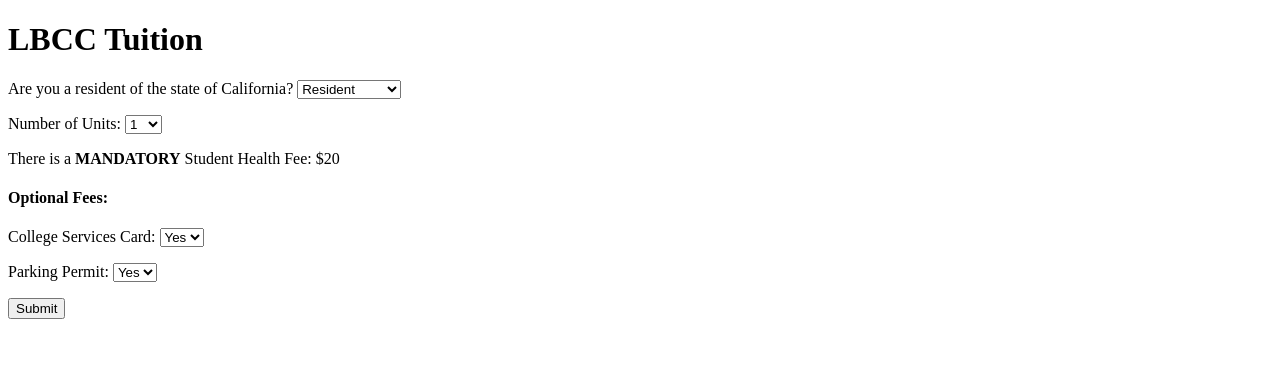
Repository: sunkim96/cosw30
Page: homework/homework3/tuition_calculator.html
The author's editor kept a record of every edit. The page is drawn from the files as they stood at one moment, then again after the next edit.
The browser window is 1280 px wide. The pictures show the whole page.

Above is the page before.

After the next edit:
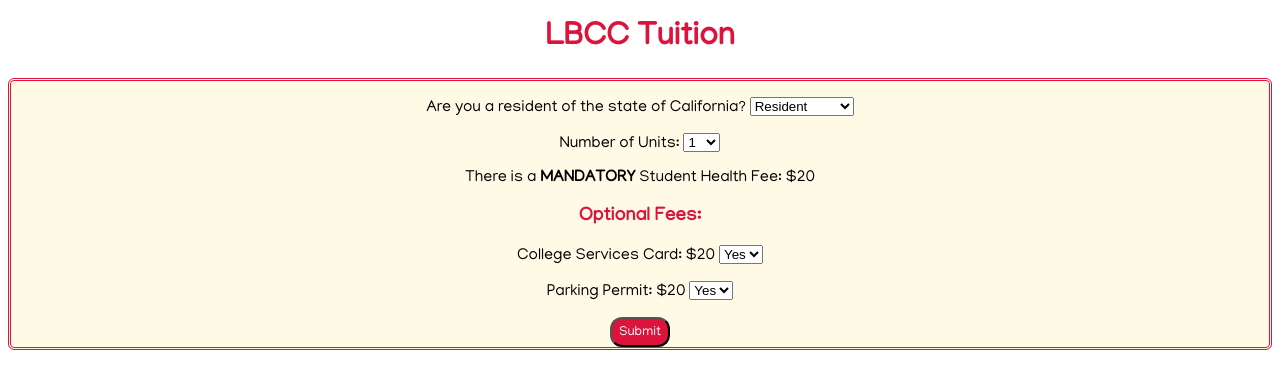
The edit:
--- a/homework/homework3/tuition_calculator.html
+++ b/homework/homework3/tuition_calculator.html
@@ -3,18 +3,44 @@
     <head>
         <meta charset="utf-8">
         <title>Tuition Calculator</title>
+
+       <style>
+       @import url('https://fonts.googleapis.com/css?family=Manjari&display=swap');
+
+      h1, h3 {
+   text-align: center;
+   color: #DC143C;
+   font-family: 'Manjari', sans-serif;
+}
+
+#container {
+   background-color: #fffae6 ;
+   text-align: center;
+   border-style: double;
+   border-color: #DC143C;
+   border-radius: 6px;
+   font-family: 'Manjari', sans-serif;
+}
+
+button {
+   font-family: 'Manjari', sans-serif;
+   border-radius: 12px;
+   background-color: #DC143C;
+   height: 30px;
+   width: 60px;
+   color: white;
+}
+
+       </style>
          </head>
     <body>
         <h1>LBCC Tuition</h1>
-
-
+     <div id=container>
         <form action="tuition_calculator.php" method="POST">
 
 
-
             <!-- resident or non-resident !-->
-            <p>Are you a resident of the state of California?
-            <select name="residency">
+            <p>Are you a resident of the state of California? <select name="residency">
                 <option value="46">Resident</option>
                 <option value="236">Non-Resident</option>
             </select></p>
@@ -49,16 +75,14 @@
             <p> There is a <strong>MANDATORY</strong> Student Health Fee: $20</p>
 
 
-              <h4>Optional Fees:</h4>
+              <h3>Optional Fees:</h3>
 
-             <p>College Services Card:
-             <select name="service">
+             <p>College Services Card: $20 <select name="service">
                 <option value="20">Yes </option>
                 <option value="0">No </option>
                 </select></p>
 
-            <p>Parking Permit:
-            <select name="parking">
+            <p>Parking Permit: $20 <select name="parking">
                 <option value="20">Yes </option>
                 <option value="0">No </option>
                 </select></p>
@@ -68,7 +92,7 @@
 
             <button>Submit</button>
         </form>
-
+       </div>
 
 
     </body>
